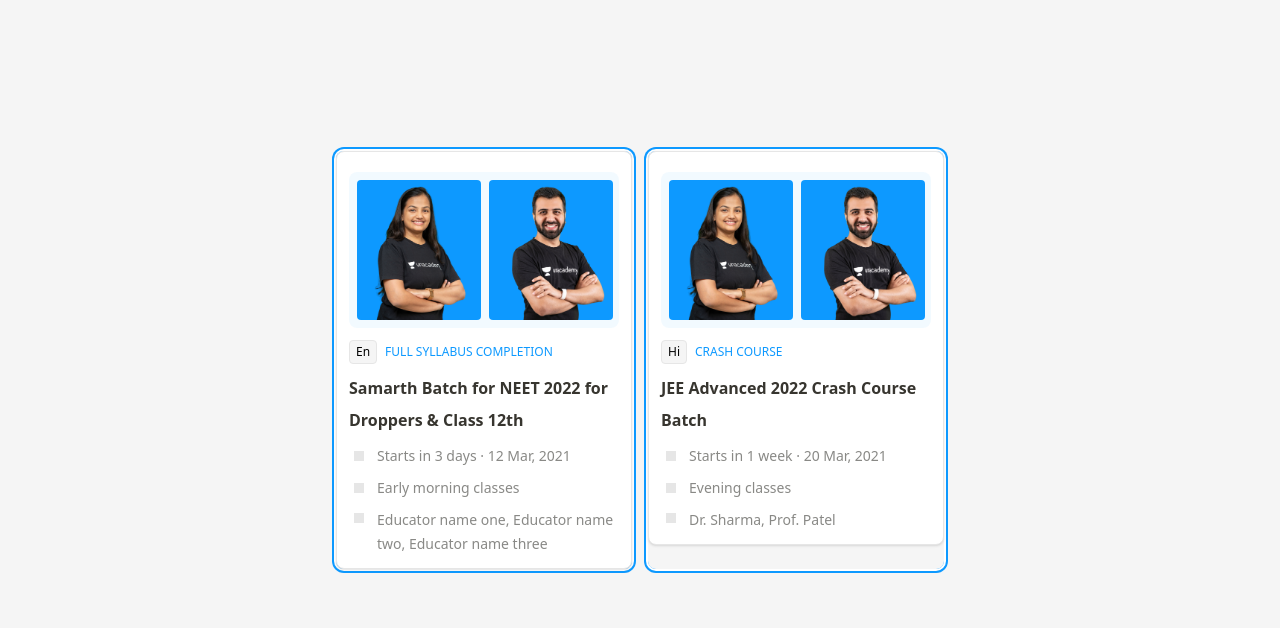
Repository: vignesh33654/resizablesidebar
Page: /
The author's editor kept a copy of each file at every save. The page is drawn from the files as they stood at one save, then again after the next save.
The browser window is 1280 px wide. The pictures show the whole page.
The project was rebuilt for these pictures with package versions that can differ from the ones it lists, and the page was loaded fresh each time.

Above is the page before, as saved 2025-11-11 13:30:19.

### index.html
<!doctype html>
<html lang="en">
  <head>
    <meta charset="UTF-8" />
    <link rel="icon" type="image/svg+xml" href="/vite.svg" />
    <meta name="viewport" content="width=device-width, initial-scale=1.0" />
    <title>ai-app</title>
  </head>
  <body>
    <div id="root"></div>
    <script type="module" src="/src/main.tsx"></script>
  </body>
</html>

### src/index.css
@import "tailwindcss";

@theme {

  --font-display: "inter";

  /* Colors */
  --color-default: #37352f;
  --color-secondary: #898986;
  --color-tertiary: #ff00ff;
  --color-disabled: #d5d5d4;
  --color-white: #ffffff;
  --color-primary: #0d99ff;
  --color-success: #14ae5c;
  --color-failure: #f24822;
  --color-warning: #ffcd29;
  --color-Bg-0: #ffffff;
  --color-Bg-1: #f5f5f5;
  --color-Bg-2: #f1f0f1;
  --color-border-primary:#e6e6e6;

  /*text sizes*/
--text-h1: 30px;
--text-h2: 24px;
--text-h3: 20px;
--text-body-16: 16px;
--text-body-14: 14px;
--text-body-13: 13px;
--text-small-12: 12px;
--text-small-11: 11px;
--text-small-10: 10px;
}

@layer base {
  h1 {
    font-size: var(--text-h1);
    font-weight: 600;
    line-height: 40px;
    letter-spacing: -2.1%;
  }
  h2 {
    font-size: var(--text-h2);
    font-weight: 600;
    line-height: 32px;
    letter-spacing: -1.9%;
  }
  h3 {
    font-size: var(--text-h3);
    font-weight: 600;
    line-height: 32px;
    letter-spacing: -1.7%;
  }
  p {
    font-size: var(--text-body-16);
    font-weight: 400;
    line-height: 24px;
    letter-spacing: -1.1%;
  }

  /* Focus ring for accessibility */
  .focus-ring {
    @apply outline-none ring-2 ring-primary ring-offset-2 transition-shadow;
  }

  .focus-ring:focus-visible {
    @apply ring-2 ring-primary ring-offset-2;
  }
}

### src/App.tsx
import BatchCard from '@/components/BatchCard';

export default function App() {
  return (
    <div className="min-h-screen bg-Bg-1 flex items-center justify-center p-8">
      <div className="flex gap-4 flex-wrap justify-center max-w-[1200px]">
        <BatchCard
          language="En"
          topic="FULL SYLLABUS COMPLETION"
          title="Samarth Batch for NEET 2022 for Droppers & Class 12th"
          startDate="Starts in 3 days · 12 Mar, 2021"
          timing="Early morning classes"
          educators="Educator name one, Educator name two, Educator name three"
          href="#"
        />

        {/* Example with onClick instead of href */}
        <BatchCard
          language="Hi"
          topic="CRASH COURSE"
          title="JEE Advanced 2022 Crash Course Batch"
          startDate="Starts in 1 week · 20 Mar, 2021"
          timing="Evening classes"
          educators="Dr. Sharma, Prof. Patel"
          onClick={() => console.log('Batch clicked')}
        />
      </div>
    </div>
  )
}

### src/components/BatchCard.tsx
import educatorImg1 from '@/assets/educator-1.png';
import educatorImg2 from '@/assets/educator-2.png';
import placeholderIcon from '@/assets/placeholder.svg';

export interface BatchCardProps {
  language?: string;
  topic: string;
  title: string;
  startDate: string;
  timing: string;
  educators: string;
  href?: string;
  onClick?: () => void;
  educatorImages?: string[];
}

export default function BatchCard({
  language = "En",
  topic,
  title,
  startDate,
  timing,
  educators,
  href,
  onClick,
  educatorImages = [educatorImg1, educatorImg2],
}: BatchCardProps) {
  const CardWrapper = href ? 'a' : 'div';
  const wrapperProps = href
    ? {
        href,
        className: "block no-underline focus-ring rounded-lg transition-transform hover:scale-[1.02] active:scale-[0.98]",
        tabIndex: 0,
        'aria-label': `View batch: ${title}`
      }
    : {
        className: "block",
        ...(onClick && {
          role: "button" as const,
          tabIndex: 0,
          onClick,
          onKeyDown: (e: React.KeyboardEvent) => {
            if (e.key === 'Enter' || e.key === ' ') {
              e.preventDefault();
              onClick();
            }
          },
          'aria-label': `View batch: ${title}`,
          className: "block cursor-pointer focus-ring rounded-lg transition-transform hover:scale-[1.02] active:scale-[0.98]"
        })
      };

  return (
    <CardWrapper {...wrapperProps}>
      <article
        className="flex flex-col gap-3 p-3 bg-Bg-0 rounded-lg border border-border-primary shadow-sm w-[296px]"
        aria-label="Batch information card"
      >
        <div className="flex flex-col gap-0.5 items-center">
          <div className="bg-divider h-0.5 rounded-[20px] w-[168px]" aria-hidden="true" />
          <div className="bg-divider h-0.5 rounded-[20px] w-[208px]" aria-hidden="true" />

          <div
            className="bg-primary/5 flex gap-2 p-2 rounded-lg w-full h-[156px]"
            role="img"
            aria-label={`Educators for ${title}`}
          >
            {educatorImages.slice(0, 2).map((img, idx) => (
              <div
                key={idx}
                className="bg-primary h-[140px] w-[124px] rounded overflow-hidden relative shrink-0"
              >
                <img
                  src={img}
                  alt={`Educator ${idx + 1}`}
                  className="w-full h-full object-cover"
                />
              </div>
            ))}
          </div>
        </div>

        <div className="flex flex-col gap-2 w-full">
          <div className="flex gap-2 items-center">
            <span
              className="bg-neutral-100 border border-border-primary text-text-primary text-small-12 px-1.5 py-0.5 rounded inline-flex items-center justify-center min-w-[26px]"
              aria-label={`Language: ${language}`}
            >
              {language}
            </span>
            <span
              className="text-primary text-small-12 flex-1 min-w-0"
              aria-label={`Topic: ${topic}`}
            >
              {topic}
            </span>
          </div>

          <div className="flex flex-col gap-2">
            <h3 className="text-default text-body-16 m-0">
              {title}
            </h3>

            <div className="flex gap-2 items-center">
              <div className="image-placeholder w-5 h-5 shrink-0" aria-hidden="true">
                <img src={placeholderIcon} alt="" className="w-full h-full" />
              </div>
              <p className="text-secondary text-body-14 flex-1 min-w-0 m-0">
                {startDate}
              </p>
            </div>

            <div className="flex gap-2 items-center">
              <div className="image-placeholder w-5 h-5 shrink-0" aria-hidden="true">
                <img src={placeholderIcon} alt="" className="w-full h-full" />
              </div>
              <p className="text-secondary text-body-14 flex-1 min-w-0 m-0">
                {timing}
              </p>
            </div>

            <div className="flex gap-2 items-start">
              <div className="image-placeholder w-5 h-5 shrink-0" aria-hidden="true">
                <img src={placeholderIcon} alt="" className="w-full h-full" />
              </div>
              <p className="text-secondary text-body-14 flex-1 min-w-0 m-0">
                {educators}
              </p>
            </div>
          </div>
        </div>
      </article>
    </CardWrapper>
  );
}

Loaded but not shown: src/main.tsx (common file)

After the next save:
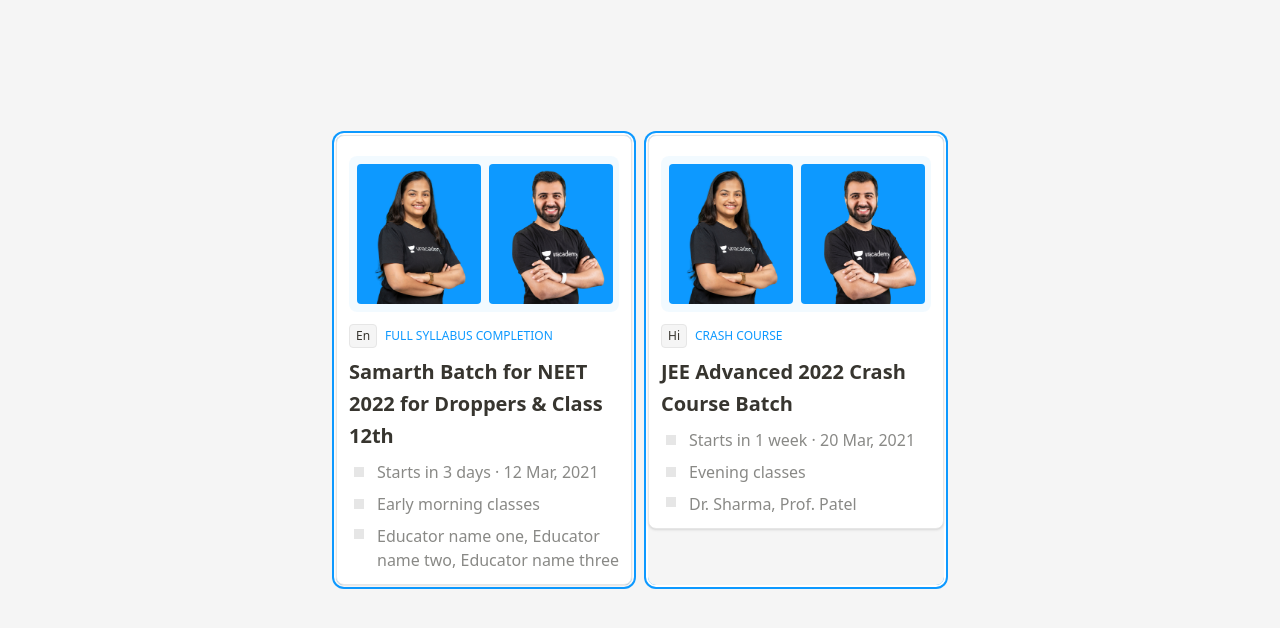
Saved 83 s later.
--- a/src/components/BatchCard.tsx
+++ b/src/components/BatchCard.tsx
@@ -83,7 +83,7 @@
         <div className="flex flex-col gap-2 w-full">
           <div className="flex gap-2 items-center">
             <span
-              className="bg-neutral-100 border border-border-primary text-text-primary text-small-12 px-1.5 py-0.5 rounded inline-flex items-center justify-center min-w-[26px]"
+              className="bg-neutral-100 border border-border-primary text-default text-small-12 px-1.5 py-0.5 rounded inline-flex items-center justify-center min-w-[26px]"
               aria-label={`Language: ${language}`}
             >
               {language}
@@ -97,7 +97,7 @@
           </div>
 
           <div className="flex flex-col gap-2">
-            <h3 className="text-default text-body-16 m-0">
+            <h3 className="text-default m-0">
               {title}
             </h3>
 
@@ -105,7 +105,7 @@
               <div className="image-placeholder w-5 h-5 shrink-0" aria-hidden="true">
                 <img src={placeholderIcon} alt="" className="w-full h-full" />
               </div>
-              <p className="text-secondary text-body-14 flex-1 min-w-0 m-0">
+              <p className="text-secondary flex-1 min-w-0 m-0">
                 {startDate}
               </p>
             </div>
@@ -114,7 +114,7 @@
               <div className="image-placeholder w-5 h-5 shrink-0" aria-hidden="true">
                 <img src={placeholderIcon} alt="" className="w-full h-full" />
               </div>
-              <p className="text-secondary text-body-14 flex-1 min-w-0 m-0">
+              <p className="text-secondary flex-1 min-w-0 m-0">
                 {timing}
               </p>
             </div>
@@ -123,7 +123,7 @@
               <div className="image-placeholder w-5 h-5 shrink-0" aria-hidden="true">
                 <img src={placeholderIcon} alt="" className="w-full h-full" />
               </div>
-              <p className="text-secondary text-body-14 flex-1 min-w-0 m-0">
+              <p className="text-secondary flex-1 min-w-0 m-0">
                 {educators}
               </p>
             </div>
